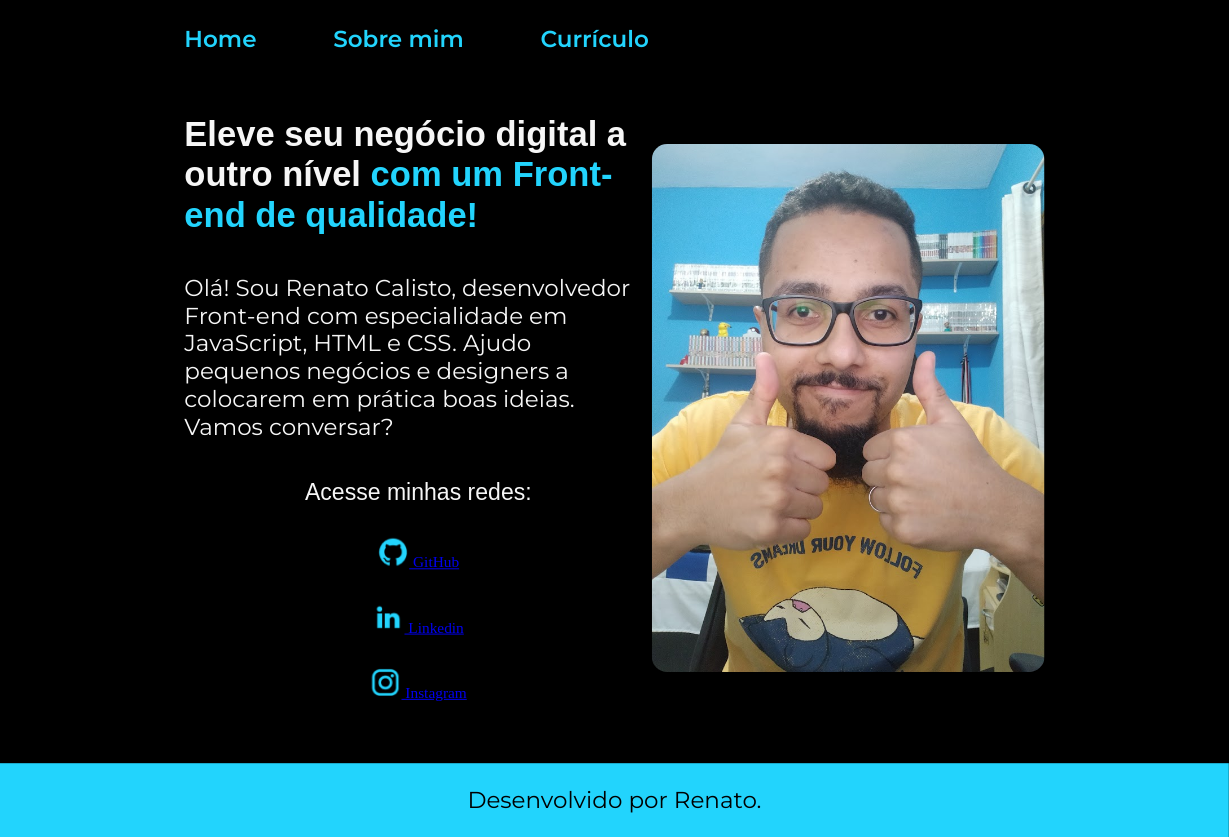
Repository: RenatoCCS/Portfolio_Alura
Page: index.html
These files come from the project's save history. The page is drawn as it stood at one moment and after the next save; the edit follows.
The browser window is 1280 px wide. The pictures show the whole page, at 96% of full size.
Some web fonts or font styles are not loaded; a fallback is used.

Above is the page before, as saved 2023-03-13 20:23:53.

After the next save:
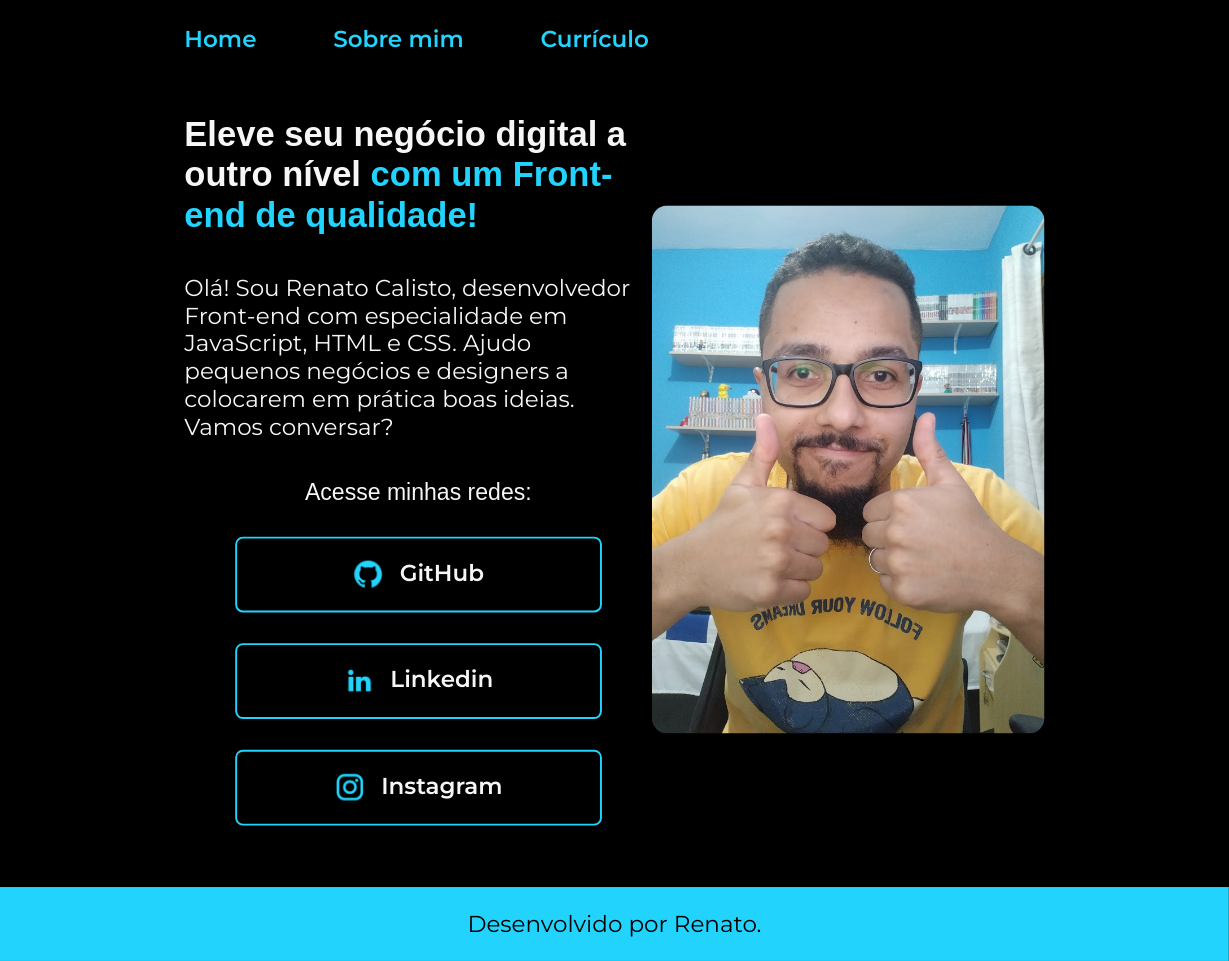
Saved 36 s later.
--- a/styles/style.css
+++ b/styles/style.css
@@ -86,7 +86,7 @@ body {
   font-size: 24px;
 }
 
-.apresentacao__links__link {
+.apresentacao__links__navegacao {
   /* background-color: #22d4fd; foi trocado o estilo*/
   display: flex;
   justify-content: center;
@@ -103,7 +103,7 @@ body {
   font-family: var(--fonte-secundaria);
 }
 
-.apresentacao__links__link:hover {
+.apresentacao__links__navegacao:hover {
   background-color: var(--cor-hover);
 }
 
